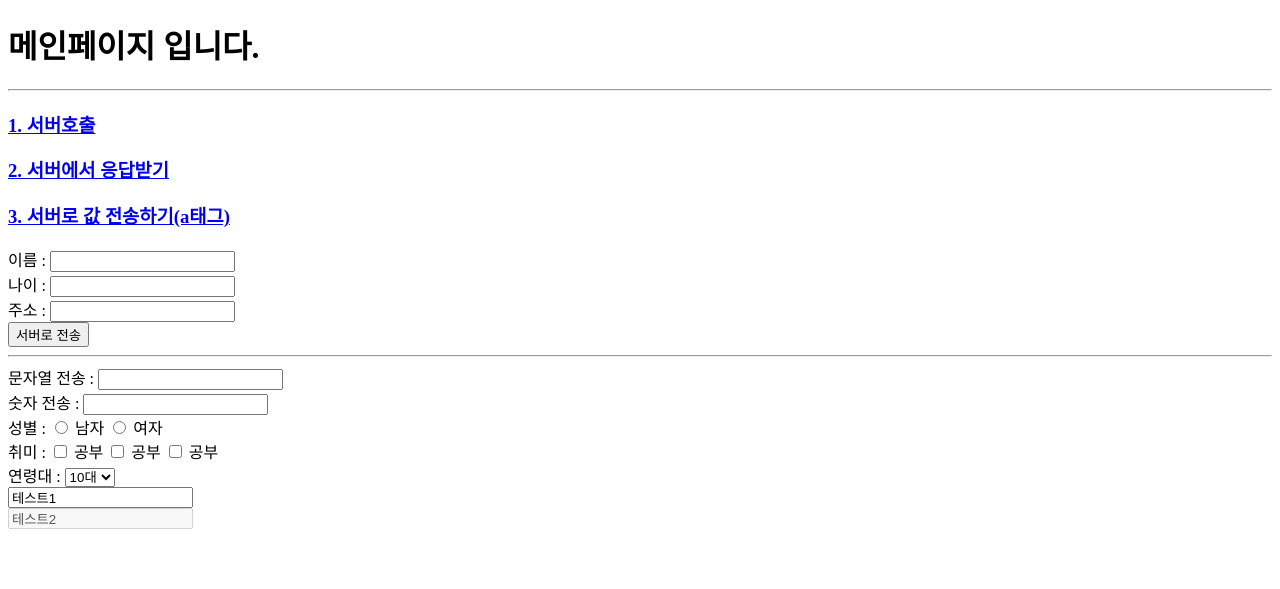
Repository: JWbase/Web_JAVA
Page: web-workspace/02_noDbProject/src/main/webapp/index.html
The author's editor kept a copy of each file at every save. The page is drawn from the files as they stood at one save, then again after the next save.
The browser window is 1280 px wide. The pictures show the whole page.

Above is the page before, as saved 2022-08-29 07:52:52.

After the next save:
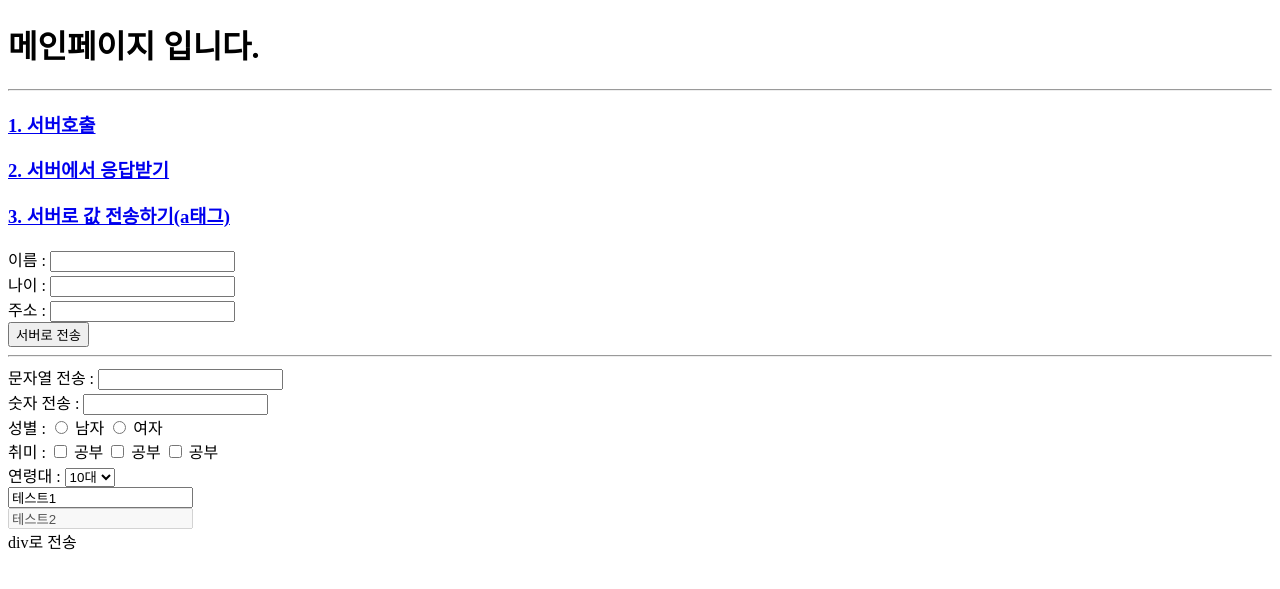
Saved 50 s later.
--- a/web-workspace/02_noDbProject/src/main/webapp/index.html
+++ b/web-workspace/02_noDbProject/src/main/webapp/index.html
@@ -41,6 +41,7 @@
 		<input type="hidden" name="hiddenData" value="히든데이터">
 		<input type="text" name="input1" value="테스트1" readonly><br>
 		<input type="text" name="input2" value="테스트2" disabled><br>
+		<div name="test3" value="테스트3">div로 전송</div>
 	</form>
 </body>
 </html>
